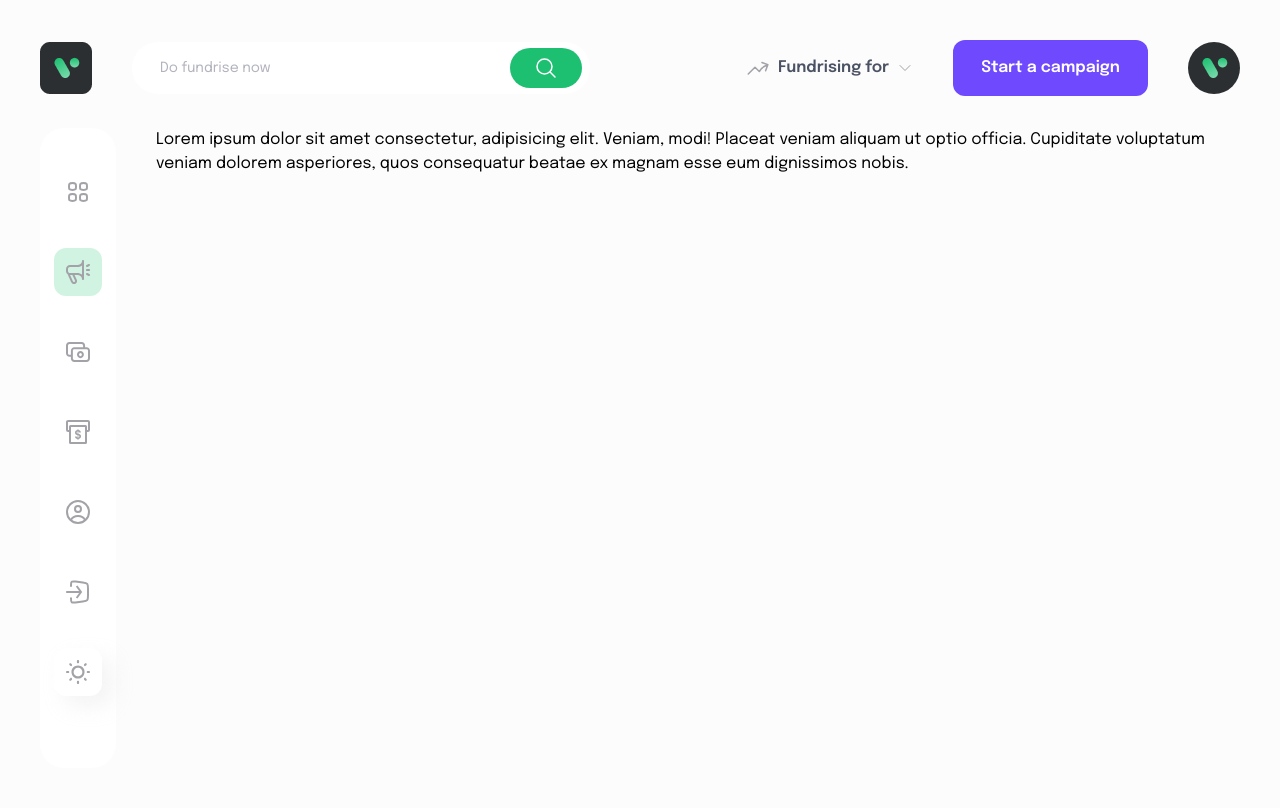
Repository: Kaymileee/crownFunding-Project
Page: /campaign
An editor plug-in stored every save of this project. The page is shown before and after the next save, followed by the edit.
The browser window is 1280 px wide. The pictures show the whole page.
The project was rebuilt for these pictures with package versions that can differ from the ones it lists, and the page was loaded fresh each time. Also part of the build but not shown: src/components/icons/IconEyeToggle.js, src/components/icons/IconFolder.js. Imported but missing from the stored project, and not drawn on this page: src/components/common/FormGroup, src/components/input/Input.

Above is the page before, as saved 2023-02-05 18:37:28.

After the next save:
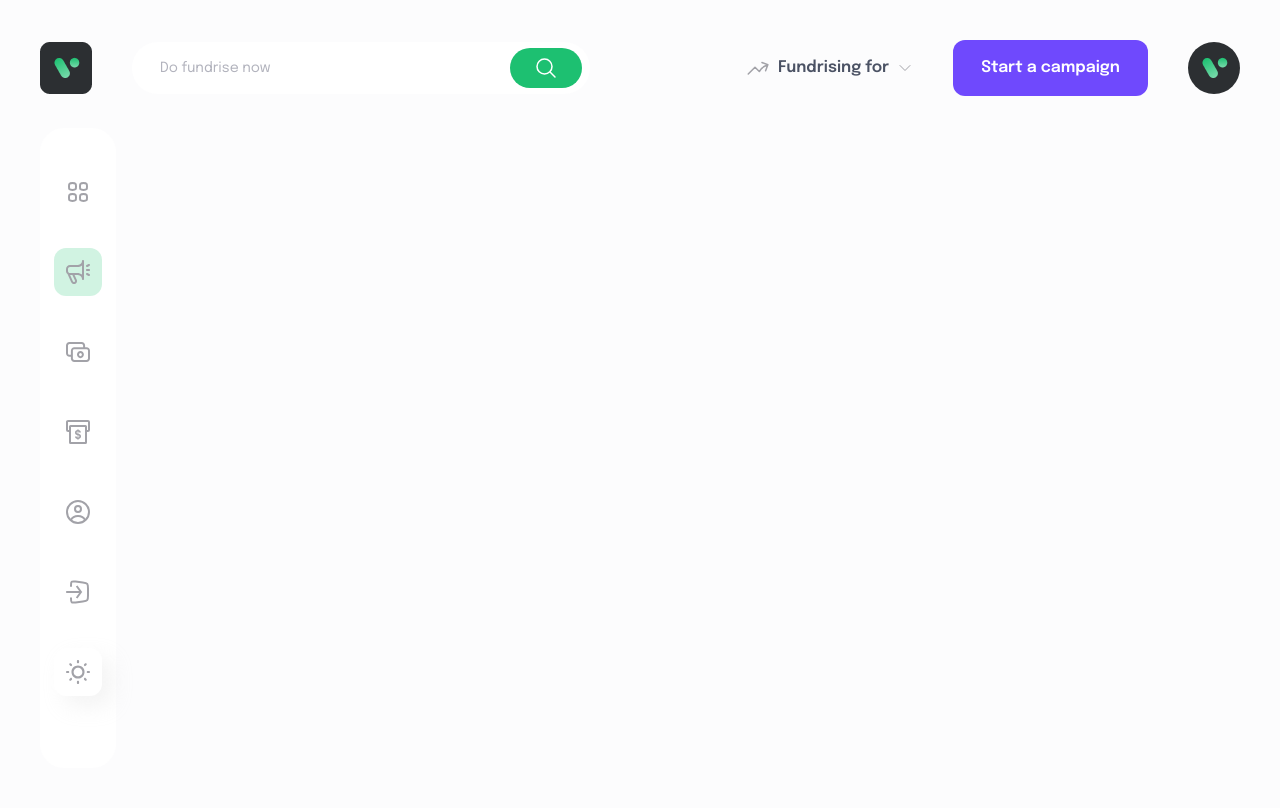
Saved 9 s later.
--- a/src/pages/CampaignPage.js
+++ b/src/pages/CampaignPage.js
@@ -2,14 +2,7 @@ import React from "react";
 import LayoutDashboard from "../layouts/LayoutDashboard";
 
 const CampaignPage = () => {
-  return (
-    <LayoutDashboard>
-      Lorem ipsum dolor sit amet consectetur, adipisicing elit. Veniam, modi!
-      Placeat veniam aliquam ut optio officia. Cupiditate voluptatum veniam
-      dolorem asperiores, quos consequatur beatae ex magnam esse eum dignissimos
-      nobis.
-    </LayoutDashboard>
-  );
+  return <LayoutDashboard></LayoutDashboard>;
 };
 
 export default CampaignPage;
